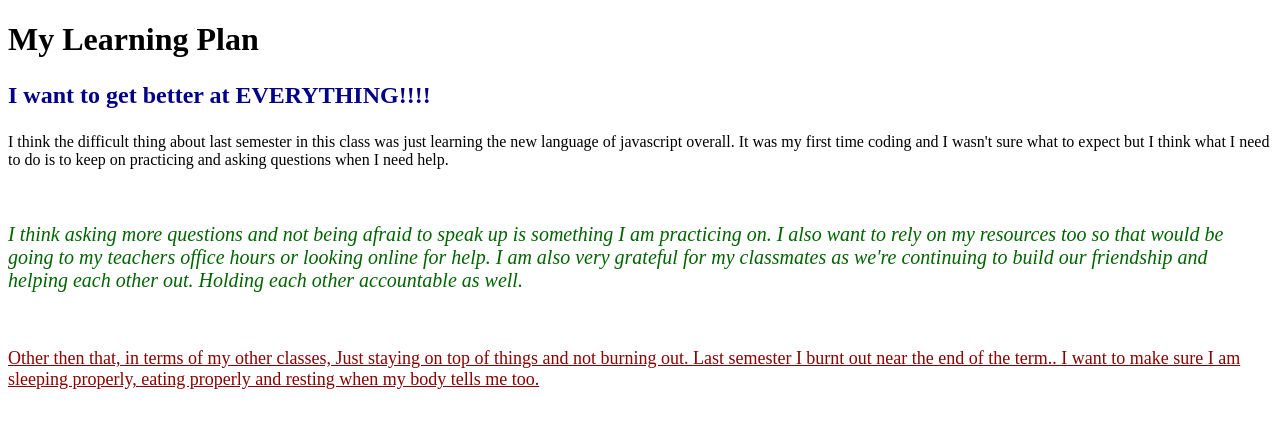
Repository: boofoo-png/mdia-2109
Page: Lab 3/learning-plan.html
These files come from the project's save history. The page is drawn as it stood at one moment and after the next save; the edit follows.
The browser window is 1280 px wide. The pictures show the whole page.

Above is the page before, as saved 2026-02-02 11:03:33.

After the next save:
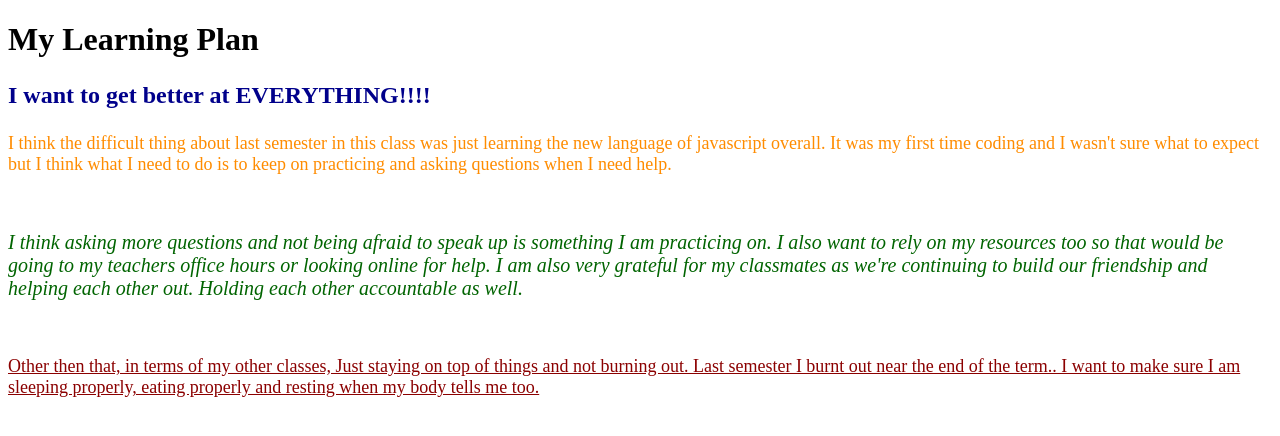
Saved 7 s later.
--- a/Lab 3/styles.css
+++ b/Lab 3/styles.css
@@ -6,6 +6,11 @@
     font-size: 24px;
     font-weight: bold;
     color: darkblue;
+}
+
+p.intro {
+    font-size: 18px;
+    color: darkorange;
 }
 
 p.maingoal {
